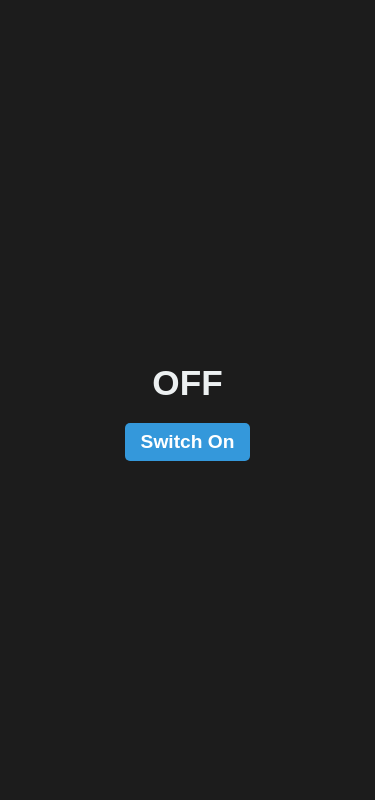
Repository: oii-233/CSEC_ASTU_Toggle
Page: index.html
The author's editor kept a copy of each file at every save. The page is drawn from the files as they stood at one save, then again after the next save.
The browser window is 375 px wide. The pictures show the whole page.

Above is the page before, as saved 2025-12-21 03:06:28.

### index.html
<!DOCTYPE html>
<html lang="en">
<head>
    <script src="https://unpkg.com/lucide@latest"></script>
    <link rel="stylesheet" href="style.css">
</head>
<body>

    <h1 id="toggleText">OFF</h1>

    <div id="lampContainer">
        <i id="bulbIcon" data-lucide="lightbulb" size="100"></i>
    </div>

    <button id="toggleBtn">Switch On</button>

    <script src="script.js"></script>
</body>
</html>

### style.css
/* ===== Page Setup ===== */
body {
    margin: 0;
    padding: 0;
    height: 100vh;
    display: flex;
    justify-content: center;
    align-items: center;
    flex-direction: column;
    background-color: #1c1c1c; /* Dark mode */
    font-family: Arial, Helvetica, sans-serif;
    transition: background-color 0.5s;
}

/* Heading */
h1 {
    color: #ecf0f1;
    font-size: 3rem;
    margin-bottom: 20px;
    text-transform: uppercase;
}

/* Lamp / Bulb */
.lamp svg {
    transition: fill 0.5s, filter 0.5s;
    margin-bottom: 20px;
}

/* ON state for bulb */
.lamp.on svg {
    fill: #f1c40f;
    filter: drop-shadow(0 0 20px #f1c40f);
}

/* Button */
button {
    padding: 10px 20px;
    font-size: 1.5rem;
    font-weight: bold;
    cursor: pointer;
    border: none;
    border-radius: 5px;
    background-color: #3498db;
    color: white;
    display: inline-block;
    transition: background-color 0.3s;
}

button:hover {
    background-color: #2980b9;
}

/* Responsive */
@media (max-width: 600px) {
    h1 {
        font-size: 2.2rem;
    }

    .lamp svg {
        width: 70px;
        height: 70px;
    }

    button {
        font-size: 1.2rem;
        padding: 8px 16px;
    }
}

### script.js
const heading = document.getElementById('toggleText');
const button = document.getElementById('toggleBtn');
const lamp = document.getElementById('lamp');
const body = document.body;

let isOn = false;

button.addEventListener('click', () => {
    isOn = !isOn;
    heading.textContent = isOn ? 'ON' : 'OFF';

    // Toggle lamp
    lamp.classList.toggle('on', isOn);

    // Toggle background
    body.style.backgroundColor = isOn ? '#f0e68c' : '#1c1c1c';
});

After the next save:
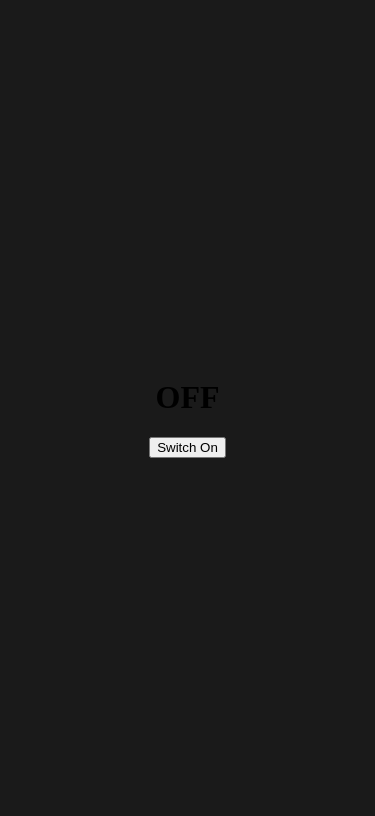
Saved 10 s later.
--- a/style.css
+++ b/style.css
@@ -1,68 +1,31 @@
-/* ===== Page Setup ===== */
 body {
-    margin: 0;
-    padding: 0;
     height: 100vh;
     display: flex;
+    flex-direction: column;
+    align-items: center;
     justify-content: center;
-    align-items: center;
-    flex-direction: column;
-    background-color: #1c1c1c; /* Dark mode */
-    font-family: Arial, Helvetica, sans-serif;
+    background-color: #1a1a1a; /* Dark background */
     transition: background-color 0.5s;
 }
 
-/* Heading */
-h1 {
-    color: #ecf0f1;
-    font-size: 3rem;
-    margin-bottom: 20px;
-    text-transform: uppercase;
+/* Default Icon Color (Off) */
+#bulbIcon {
+    color: #555;
+    width: 100px;
+    height: 100px;
+    transition: all 0.5s;
 }
 
-/* Lamp / Bulb */
-.lamp svg {
-    transition: fill 0.5s, filter 0.5s;
-    margin-bottom: 20px;
+/* When the "on" class is added to the body */
+body.on-mode {
+    background-color: #fffbe6; /* Light background */
 }
 
-/* ON state for bulb */
-.lamp.on svg {
-    fill: #f1c40f;
-    filter: drop-shadow(0 0 20px #f1c40f);
+body.on-mode #bulbIcon {
+    color: #f1c40f; /* Yellow bulb */
+    filter: drop-shadow(0 0 20px #f1c40f); /* Glowing effect */
 }
 
-/* Button */
-button {
-    padding: 10px 20px;
-    font-size: 1.5rem;
-    font-weight: bold;
-    cursor: pointer;
-    border: none;
-    border-radius: 5px;
-    background-color: #3498db;
-    color: white;
-    display: inline-block;
-    transition: background-color 0.3s;
+body.on-mode #toggleText {
+    color: #333;
 }
-
-button:hover {
-    background-color: #2980b9;
-}
-
-/* Responsive */
-@media (max-width: 600px) {
-    h1 {
-        font-size: 2.2rem;
-    }
-
-    .lamp svg {
-        width: 70px;
-        height: 70px;
-    }
-
-    button {
-        font-size: 1.2rem;
-        padding: 8px 16px;
-    }
-}
